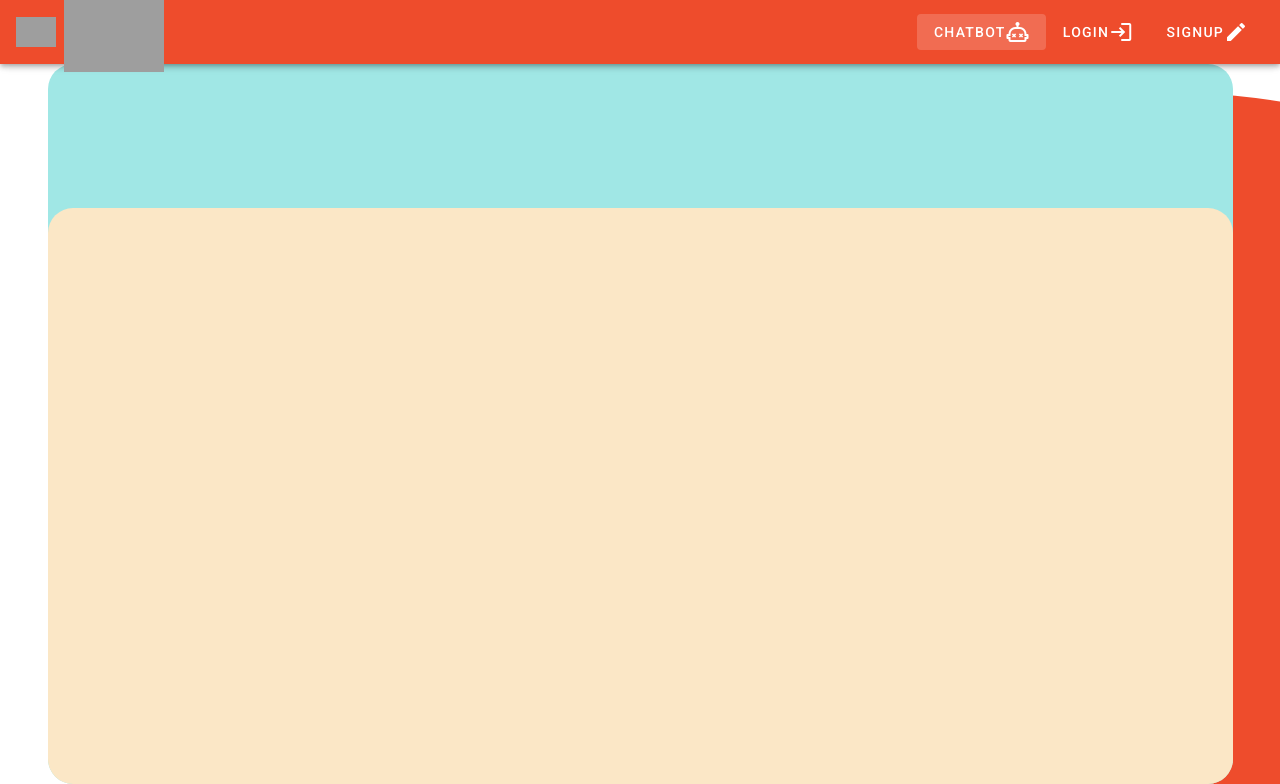
Repository: atout811/pyTorch-Hackathon
Page: /chatbot (app in frontend/)
An editor plug-in stored every save of this project. The page is shown before and after the next save, followed by the edit.
The browser window is 1280 px wide. The pictures show the whole page.
Pictures or frames that could not be fetched are drawn as grey boxes. The project was rebuilt for these pictures with package versions that can differ from the ones it lists, and the page was loaded fresh each time. Also part of the build but not shown: frontend/vue.config.js, frontend/src/views/Home.vue.

Above is the page before, as saved 2021-10-21 14:55:38.

After the next save:
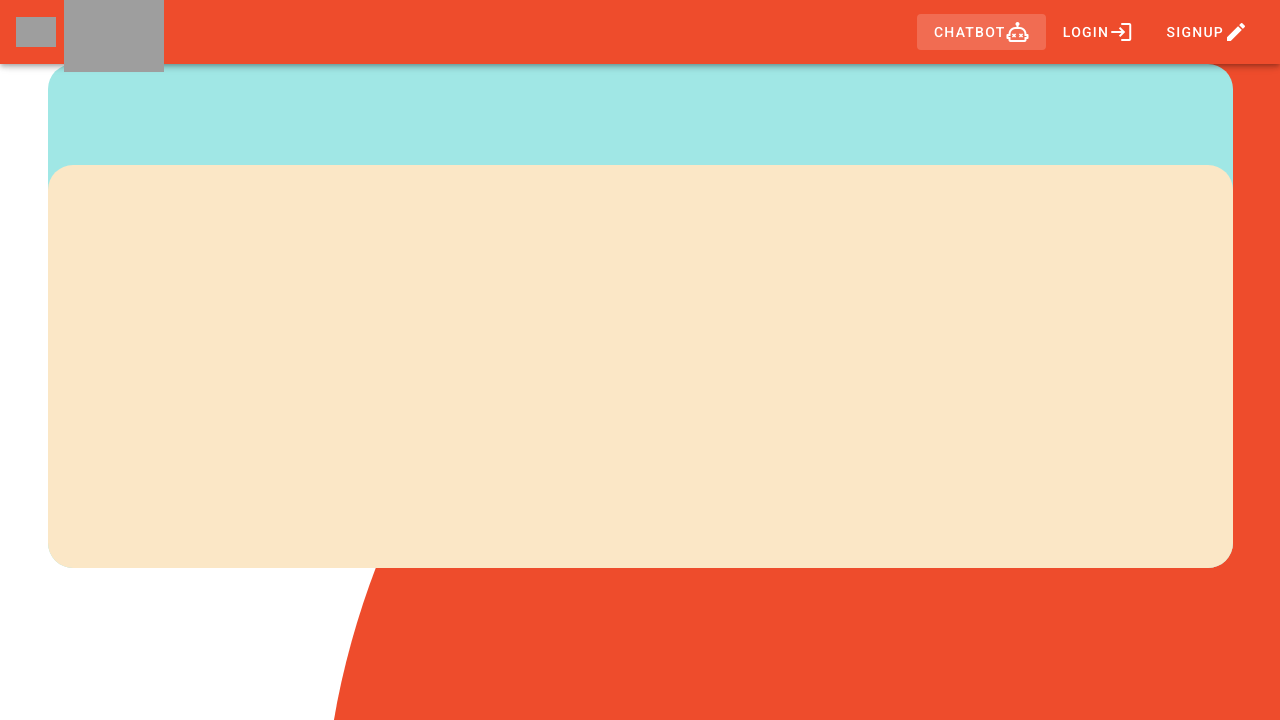
Saved 21 s later.
--- a/frontend/src/views/Chatbot.vue
+++ b/frontend/src/views/Chatbot.vue
@@ -17,7 +17,7 @@ export default {
 
 <style>
 .container {
-  height: 100vh;
+  height: 70vh;
   width: 100vw;
   padding: 0;
   /* margin: 10px; */
